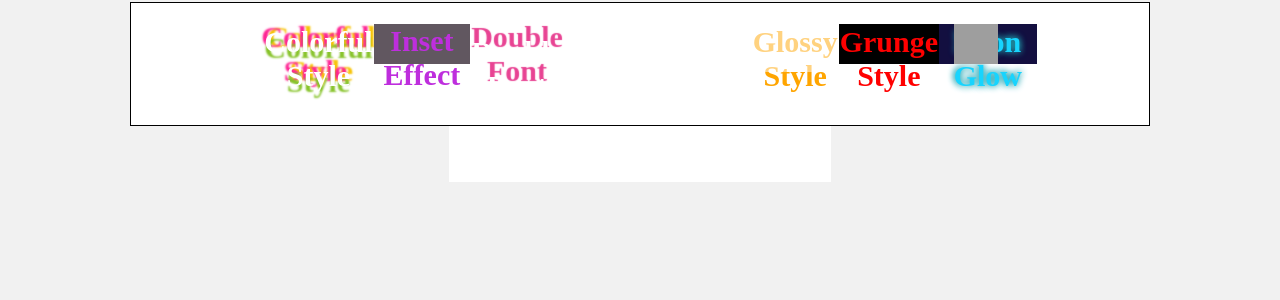
Repository: watermelonfee/HTCNWEB
Page: CSS/Tuan03/Bai2/Bai2b.html
An editor plug-in stored every save of this project. The page is shown before and after the next save, followed by the edit.
The browser window is 1280 px wide. The pictures show the whole page.
Pictures or frames that could not be fetched are drawn as grey boxes.

Above is the page before, as saved 2023-03-13 23:10:11.

After the next save:
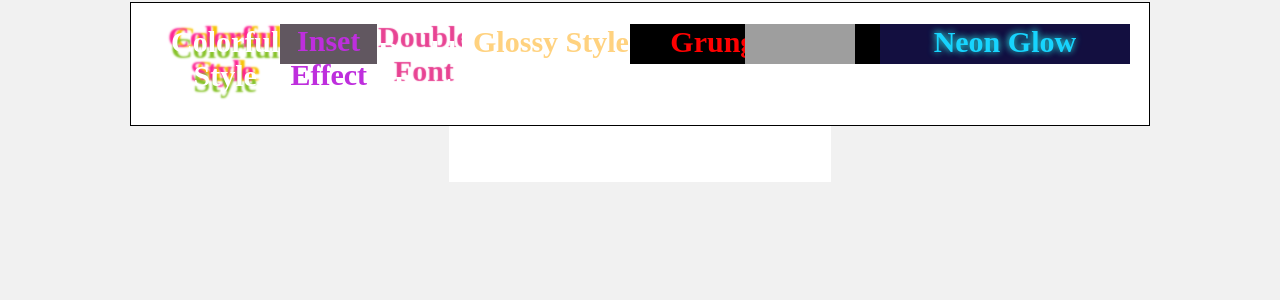
Saved 19 s later.
--- a/CSS/Tuan03/Bai2/bai2b.css
+++ b/CSS/Tuan03/Bai2/bai2b.css
@@ -33,7 +33,7 @@
 }
 
 #content3 {
-    width: 30%;
+    top: 50px width: 30%;
     text-align: center;
     font-size: 30px;
     padding: 10px;

After the save that followed:
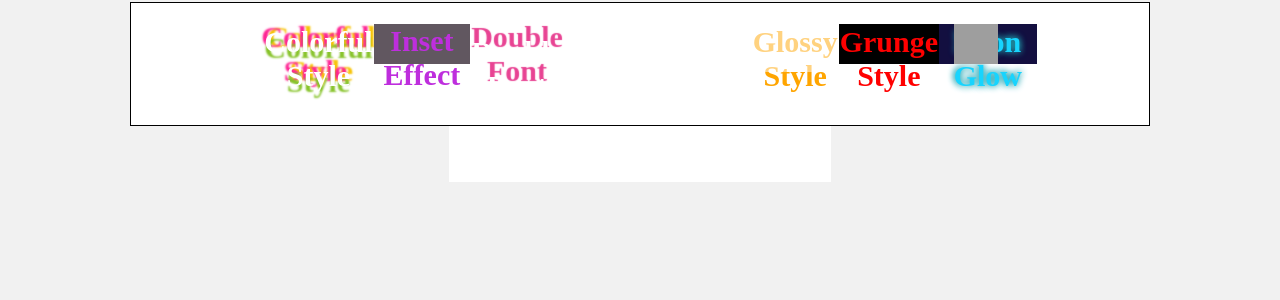
Saved 22 s later.
--- a/CSS/Tuan03/Bai2/bai2b.css
+++ b/CSS/Tuan03/Bai2/bai2b.css
@@ -33,7 +33,8 @@
 }
 
 #content3 {
-    top: 50px width: 30%;
+    top: 50px;
+    width: 30%;
     text-align: center;
     font-size: 30px;
     padding: 10px;
